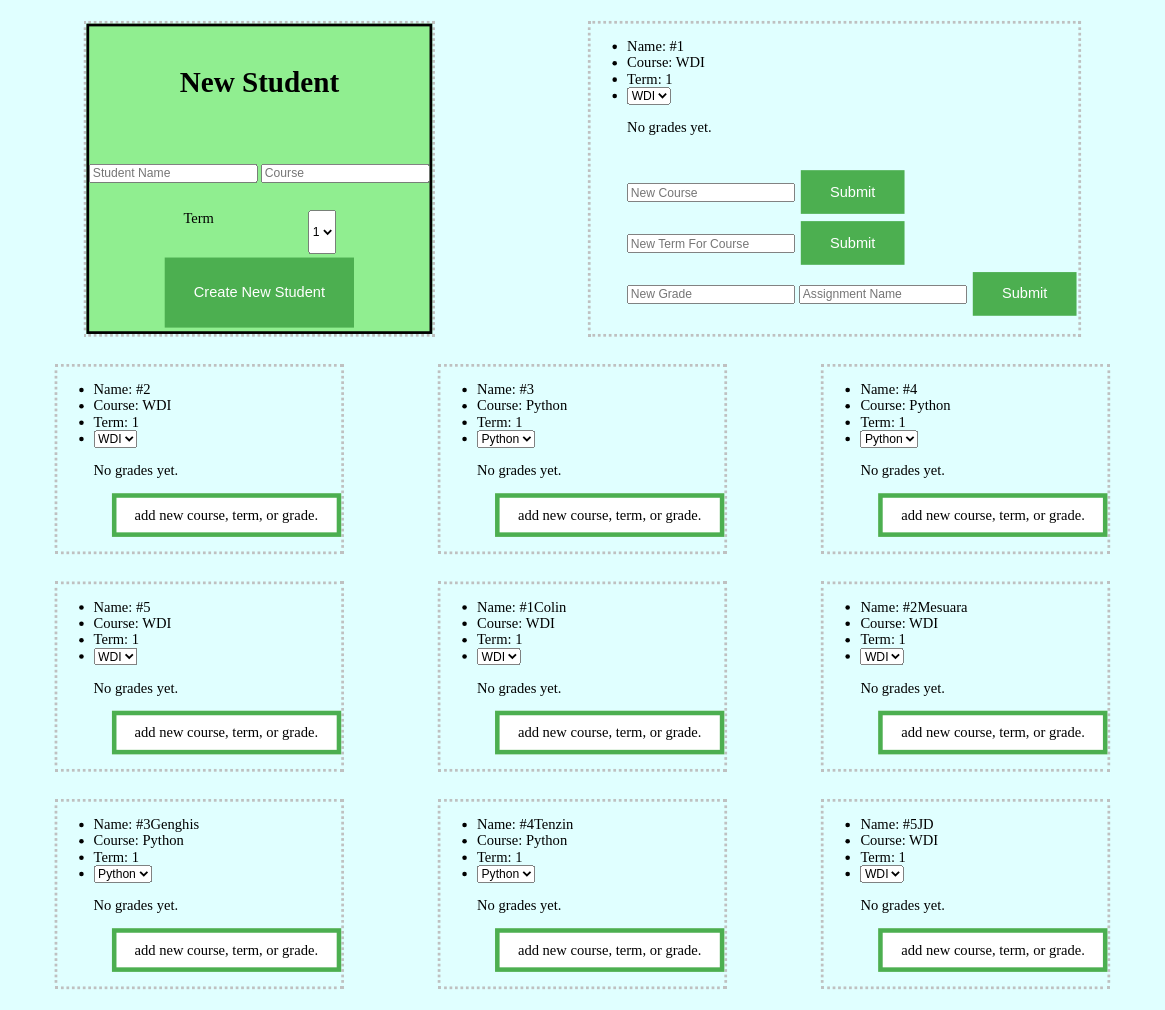
Repository: EdmontDantes/graderaide-fullstack-solution
Page: index.html
An editor plug-in stored every save of this project. The page is shown before and after a run of saves, followed by the edit.
The browser window is 1280 px wide. The pictures show the whole page, at 91% of full size.

Above is the page before, as saved 2020-04-22 12:01:47.
Console error: TypeError: Cannot read properties of null (reading 'addEventListener')

### index.html
<html lang="en">
  <head>
    <title>Graderaide</title>
    <meta charset="UTF-8">
    <meta name="viewport" content="width=device-width, initial-scale=1">
    <link rel="stylesheet" type="text/css" href="style-index.css">
  </head>

  <body>
    <section class="app">
      <section class="student-display">

      <section class="new-student-input">
        <h1 id="text-h1-creation-section">New Student</h1>

        <div id="new-student-input-boxes">
          <!-- <label for="new-student-name">Student Name</label> -->
          <input id="new-student-name-input-box"type="text" class="new-student-name" name="new-student-name" placeholder="Student Name">
          <!-- <label for="new-student-course">Course</label> -->
          <input id="new-student-course-input-box" type="text" class="new-student-course" name="new-student-course" placeholder="Course">
        </div>

        <div id="new-student-input-options"
          <label for="new-student-term">Term</label>
          <select class="new-student-term" name="new-student-term">
            <option value="1">1</option>
            <option value="2">2</option>
            <option value="3">3</option>
          </select>
        </div>
        <section class="new-student-submit">
          <button type="submit" class="new-student-button">Create New Student</button>
        </section>
      </section>
    </section>

      <section class="student-display" id="student-1">
        <ul class="student-info">
          <li>Name: #1</li>
          <li>Course: WDI</li>
          <li>Term: 1</li>
          <li>
            <select class="course-selection">
              <option value="wdi">WDI</option>
            </select>
            <p>No grades yet.</p>
          </li>

          <br>
          <div id="data-grades-input student-1">
            <section>
              <!-- <label for="new-course">New Course:</label> -->
              <input type="text" name="new-course" class="new-course" placeholder="New Course">
              <button type="submit" class="submit-new-course">Submit</button>
            </section>
            <section>
              <!-- <label for="new-term">New Term For Course:</label> -->
              <input type="text" name="new-term" class="new-term" placeholder="New Term For Course">
              <button type="submit" class="submit-new-term">Submit</button>
            </section>
            <section>
              <!-- <label for="new-grade">New Grade:</label> -->
              <input type="text" name="new-grade" class="new-grade" placeholder="New Grade">
              <!-- <label for="new-grade-assignment">Assignment Name:</label> -->
              <input type="text" name="new-grade-assignment" class="new-grade-assignment" placeholder="Assignment Name">
              <button type="submit" class="submit-new-grade-assignment">Submit</button>
            </section>
          </div>
        </ul>
      </section>
      <section class="student-display">
        <ul class="student-info">
          <li>Name: #2</li>
          <li>Course: WDI</li>
          <li>Term: 1</li>
          <li>
            <select class="course-selection">
              <option value="wdi">WDI</option>
            </select>
            <p>No grades yet.</p>
          </li><a href="add.html">add new course, term, or grade.</a>
        </ul>
      </section>

      <section class="student-display">
        <ul class="student-info">
          <li>Name: #3</li>
          <li>Course: Python</li>
          <li>Term: 1</li>
          <li>
            <select class="course-selection">
              <option value="python">Python</option>
            </select>
            <p>No grades yet.</p>
          </li><a href="add.html">add new course, term, or grade.</a>
        </ul>
      </section>

      <section class="student-display">
        <ul class="student-info">
          <li>Name: #4</li>
          <li>Course: Python</li>
          <li>Term: 1</li>
          <li>
            <select class="course-selection">
              <option value="python">Python</option>
            </select>
            <p>No grades yet.</p>
          </li><a href="add.html">add new course, term, or grade.</a>
        </ul>
      </section>

      <section class="student-display">
        <ul class="student-info">
          <li>Name: #5</li>
          <li>Course: WDI</li>
          <li>Term: 1</li>
          <li>
            <select class="course-selection">
              <option value="wdi">WDI</option>
            </select>
            <p>No grades yet.</p>
          </li><a href="add.html">add new course, term, or grade.</a>
        </ul>
      </section>

      <section class="student-display">
        <ul class="student-info">
          <li>Name: #1Colin</li>
          <li>Course: WDI</li>
          <li>Term: 1</li>
          <li>
            <select class="course-selection">
              <option value="wdi">WDI</option>
            </select>
            <p>No grades yet.</p>
          </li><a href="add.html">add new course, term, or grade.</a>
        </ul>
      </section>
      <section class="student-display">
        <ul class="student-info">
          <li>Name: #2Mesuara</li>
          <li>Course: WDI</li>
          <li>Term: 1</li>
          <li>
            <select class="course-selection">
              <option value="wdi">WDI</option>
            </select>
            <p>No grades yet.</p>
          </li><a href="add.html">add new course, term, or grade.</a>
        </ul>
      </section>

      <section class="student-display">
        <ul class="student-info">
          <li>Name: #3Genghis</li>
          <li>Course: Python</li>
          <li>Term: 1</li>
          <li>
            <select class="course-selection">
              <option value="python">Python</option>
            </select>
            <p>No grades yet.</p>
          </li><a href="add.html">add new course, term, or grade.</a>
        </ul>
      </section>

      <section class="student-display">
        <ul class="student-info">
          <li>Name: #4Tenzin</li>
          <li>Course: Python</li>
          <li>Term: 1</li>
          <li>
            <select class="course-selection">
              <option value="python">Python</option>
            </select>
            <p>No grades yet.</p>
          </li><a href="add.html">add new course, term, or grade.</a>
        </ul>
      </section>

      <section class="student-display">
        <ul class="student-info">
          <li>Name: #5JD</li>
          <li>Course: WDI</li>
          <li>Term: 1</li>
          <li>
            <select class="course-selection">
              <option value="wdi">WDI</option>
            </select>
            <p>No grades yet.</p>
          </li><a href="add.html">add new course, term, or grade.</a>
        </ul>
      </section>
      </section>
    </section>
    <script src="main.js"></script>
  </body>
</html>

### style-index.css
body {
    background-color: lightcyan;
    display: flex;
    flex-wrap: wrap;
    justify-content: center;
}

.app {
    display: flex;
    flex-direction: row;
    flex-wrap: wrap;
    justify-content: space-around;
}

#text-h1-creation-section {
    display: flex;
    flex-wrap: wrap;
    justify-content: center;
    font-size: 2em;
}

#new-student-input-options {
    display: flex;
    flex-wrap: wrap;
    flex-direction: row;
    justify-content: space-evenly;
}

.new-student-submit {
    display: flex;
    flex-wrap: wrap;
    justify-content: center;
}

.new-student-input {
    display: grid;

    background-color: lightgreen;
    border: 3px solid black;

}
button {
    background-color: #4CAF50;
    border: none;
    color: white;
    padding: 15px 32px;
    text-align: center;
    text-decoration: none;
    display: inline-block;
    font-size: 16px;
    margin: 4px 2px;
    cursor: pointer;
}

.student-display {
    display: flex;
    justify-content: space-around;
    border: 3px dotted #BFC0C0;
    margin: 15px;
}

.student-info {
    display: flex;
    flex-direction: column;
    justify-content: space-evenly;
}

a {
    background-color: white;
    color: black;
    border: 5px solid #4CAF50;
    padding: 10px 20px;
    text-align: center;
    text-decoration: none;
    display: inline-block;
    font-size: 16px;
    margin-left: 20px;
}

### main.js
/******************
 * YOUR CODE HERE *
 ******************/

const Grade = (assignment, score) => {
    return {
        assignment,
        score,
    }
}

const Term = () => {
    return {
    grades: [],

    addGrade: function(assignment, score) {
        const grade = Grade(assignment, score);
        this.grades.push(grade);
    },
    }
}

const Course = (name) => {
    return {
    name,
    terms: [Term()],

    addTerm: function() {
        const term = Term();
        this.terms.push(term);
    }
    }
}

const Student = (name, course, term = 1) => {
    return {
    name,
    course,
    term,
    courses: [Course(course)],

    addCourse: function(course) {
        this.courses.push(Course(course));
        this.course = course;
    },

    getAverage: function(courseToFind = this.course, termIndex = this.term - 1) {
        let foundCourse;
        for (const course of this.courses) {
        if (course.name === courseToFind) {
            foundCourse = course;
        }
        }

        const grades = foundCourse.terms[termIndex].grades;
        if (grades.length === 0) {
        return 'No grades yet.'
        }

        let sum = 0;
        for (const grade of grades) {
        sum += grade.score;
        }

        return sum / grades.length;
    },
    }
}

const btnShowHideAddInputQuery = document.querySelector('#show-hide-add-input');

const dataGradesInputQuery = document.querySelector('#data-grades-input');
const btnShowHideAddInputFunc = () => {
    dataGradesInputQuery.style.display = 'hidden';
}

btnShowHideAddInputQuery.addEventListener('click', btnShowHideAddInputFunc);

After the next 2 saves:
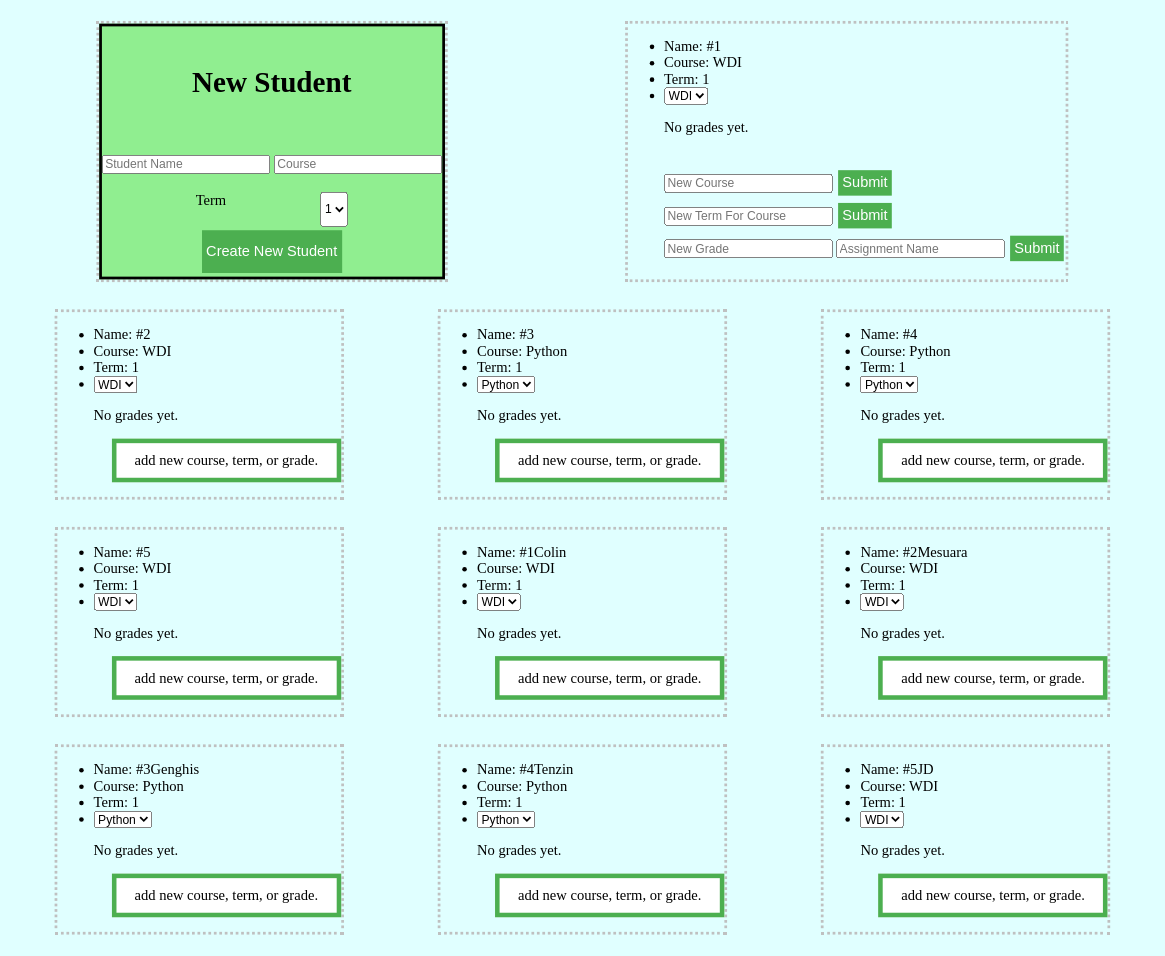
The 2 saves are shown as one change because they came seconds apart.
The last was saved 3 min 29 s later.
--- a/style-index.css
+++ b/style-index.css
@@ -43,7 +43,7 @@ button {
     background-color: #4CAF50;
     border: none;
     color: white;
-    padding: 15px 32px;
+    padding: 5px 5px;
     text-align: center;
     text-decoration: none;
     display: inline-block;
